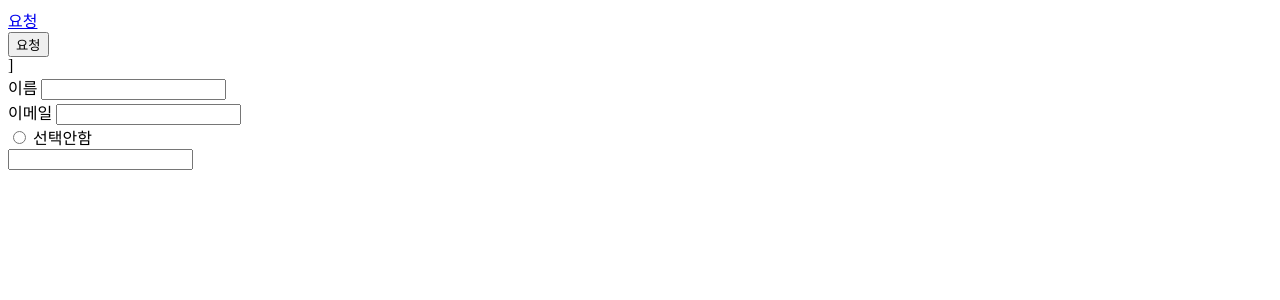
Repository: Audrey-1120/jspstudy
Page: 01_servlet/src/main/webapp/pkg02_request/NewFile.html
An editor plug-in stored every save of this project. The page is shown before and after the next save, followed by the edit.
The browser window is 1280 px wide. The pictures show the whole page.

Above is the page before, as saved 2024-02-28 01:30:41.

### 01_servlet/src/main/webapp/pkg02_request/NewFile.html
<!DOCTYPE html>
<html>
<head>
<meta charset="UTF-8">
<title>Insert title here</title>
<script src="https://code.jquery.com/jquery-3.7.1.min.js" integrity="sha256-/JqT3SQfawRcv/BIHPThkBvs0OEvtFFmqPF/lYI/Cxo=" crossorigin="anonymous"></script>
</head>
<body>

  <!-- <a> 태그 요청 -->
  <div>
    <a id="link" data-number="10" data-number2="1.5">요청</a>
  </div>

  <script>
    var link = document.getElementById('link');
    link.href = '/servlet/request?number=' + link.dataset.number + '&number2=' + link.dataset.number2 ;
  </script>

  <!-- JavaScript : location 객체 요청 -->
  <div data-number="10">
    <button type="button" id="btn" data-number2="1.5">요청</button>
  </div>
  <script>

    // jQuery 이용하기
    let btn = $('#btn');
    btn.on('click', (evt) => {
      let number = $(evt.target).parent().data('number');
      let number2 = $(evt.target).data('number2');
      location.href = `/servlet/request?number=${number}&number2=${number2}`;
    })

  </script>

  <!-- <form> 태그 요청 -->]
  <form id="frm" method="post" action="/servlet/request">
    <div class="inp-wrap">
      <label for="name">이름</label>
      <input type="text" name="name" id="name">
      <!-- 여기서 파라미터 이름은 name 속성에 적혀있는 것. -->
      <!-- id는 프론트에서, name은 백에서 사용하려는 식별자임. -->
    <div>
    <div class="inp-wrap">
      <label for="email">이메일</label>
      <input type="email" name="email" id="email">
    </div>
    <div class="inp-wrap">
      <input type="radio" name="gender" id="no">
      <label for="none">선택안함</label>
    </div>
    <div class="inp-wrap">
      <label for=""></label>
      <input type="" name="" id="">
    </div>
  </form>


</body>
</html>

After the next save:
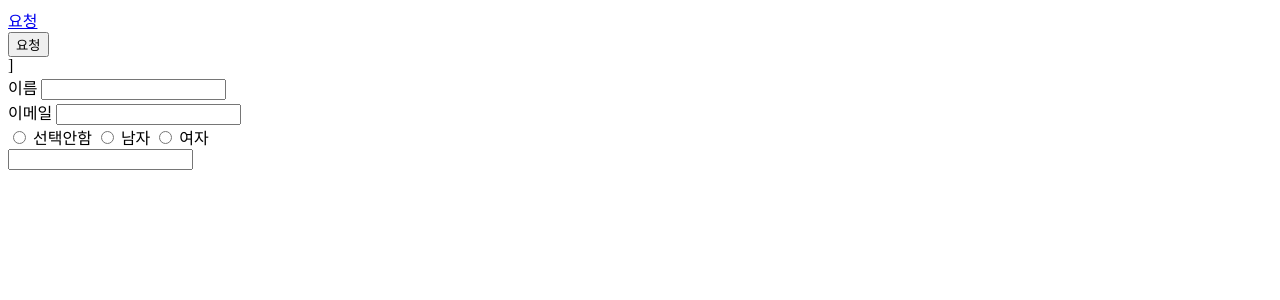
Saved 37 s later.
--- a/01_servlet/src/main/webapp/pkg02_request/NewFile.html
+++ b/01_servlet/src/main/webapp/pkg02_request/NewFile.html
@@ -48,6 +48,10 @@
     <div class="inp-wrap">
       <input type="radio" name="gender" id="no">
       <label for="none">선택안함</label>
+      <input type="radio" name="gender" id="man">
+      <label for="man">남자</label>
+      <input type="radio" name="gender" id="woman">
+      <label for="woman">여자</label>
     </div>
     <div class="inp-wrap">
       <label for=""></label>
